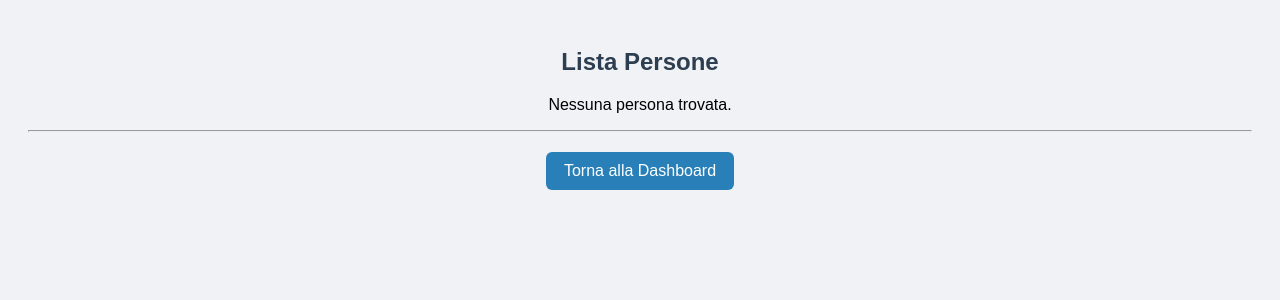
Repository: PcarloP/java_se
Page: http://localhost/anagraficaweb/update
An editor plug-in stored every save of this project. The page is shown before and after the next save, followed by the edit.
The browser window is 1280 px wide. The pictures show the whole page.
The page is served by Tomcat 10. Other server files are loaded and not shown. Queries for data that is not in the repository find no rows.

Above is the page before, as saved 2025-06-22 22:33:00.

### anagraficaweb/WebContent/updatesetter.jsp
<%@ page language="java" contentType="text/html; charset=UTF-8" import="java.util.List, it.promimpresa.anagrafica.modello.Persona" %>
<!DOCTYPE html>
<html lang="it">
<head>
    <meta charset="UTF-8" />
    <title>Aggiorna Persona</title>
    <style>
  .button-link {
    background-color: #2980b9;
    color: white;
    border: none;
    padding: 10px 18px;
    border-radius: 6px;
    cursor: pointer;
    font-size: 1em;
    transition: background-color 0.3s ease;
  }
  .button-link:hover {
    background-color: #1c5980;
  }
  .button-container {
    text-align: center;
    margin-top: 20px;
  }
</style>

    <style>
        body {
            font-family: Arial, sans-serif;
            background-color: #f0f2f5;
            padding: 20px;
        }
        h2 {
            text-align: center;
            color: #2c3e50;
        }
        table {
            margin: auto;
            width: 80%;
            border-collapse: collapse;
            background-color: #fff;
            box-shadow: 0 0 8px rgba(0,0,0,0.1);
        }
        th, td {
            padding: 12px;
            border: 1px solid #ddd;
            text-align: center;
        }
        th {
            background-color: #007bff;
            color: white;
        }
        a.button {
            padding: 6px 12px;
            background-color: #007bff;
            color: white;
            border-radius: 4px;
            text-decoration: none;
            cursor: pointer;
        }
        a.button:hover {
            background-color: #0056b3;
        }
        form.update-form {
            width: 80%;
            max-width: 600px;
            margin: 30px auto;
            background: white;
            padding: 20px;
            border-radius: 8px;
            box-shadow: 0 0 10px #aaa;
        }
        form.update-form label {
            display: block;
            margin-top: 10px;
            font-weight: bold;
        }
        form.update-form input[type="text"],
        form.update-form input[type="date"] {
            width: 100%;
            padding: 8px;
            margin-top: 5px;
            border: 1px solid #ccc;
            border-radius: 5px;
        }
        form.update-form button {
            margin-top: 20px;
            background-color: #28a745;
            border: none;
            padding: 10px 15px;
            color: white;
            font-weight: bold;
            border-radius: 5px;
            cursor: pointer;
        }
        form.update-form button:hover {
            background-color: #218838;
        }
    </style>
</head>
<body>

<h2>Lista Persone</h2>

<%
    List<Persona> persone = (List<Persona>) request.getAttribute("persone");
    Persona personaDaModificare = (Persona) request.getAttribute("persona");

    if (persone != null && !persone.isEmpty()) {
%>
<table>
    <thead>
        <tr>
            <th>ID</th>
            <th>Nome</th>
            <th>Cognome</th>
            <th>Codice Fiscale</th>
            <th>Data Nascita</th>
            <th>Modifica</th>
        </tr>
    </thead>
    <tbody>
    <% for (Persona p : persone) { %>
        <tr>
            <td><%= p.getId() %></td>
            <td><%= p.getNome() %></td>
            <td><%= p.getCognome() %></td>
            <td><%= p.getCF() %></td>
            <td><%= p.getDataNascita() != null ? p.getDataNascita().toLocalDate() : "" %></td>
            <td>
                <a class="button" href="<%=request.getContextPath()%>/update?id=<%= p.getId() %>">Modifica</a>
            </td>
        </tr>
    <% } %>
    </tbody>
</table>
<% } else { %>
    <p style="text-align:center;">Nessuna persona trovata.</p>
<% } %>

<% if (personaDaModificare != null) { %>
    <h2>Modifica Persona ID: <%= personaDaModificare.getId() %></h2>
    <form class="update-form" action="<%=request.getContextPath()%>/update" method="post">
        <input type="hidden" name="id" value="<%= personaDaModificare.getId() %>" />

        <label for="nome">Nome:</label>
        <input type="text" id="nome" name="nome" value="<%= personaDaModificare.getNome() %>" required />

        <label for="cognome">Cognome:</label>
        <input type="text" id="cognome" name="cognome" value="<%= personaDaModificare.getCognome() %>" required />

        <label for="cf">Codice Fiscale:</label>
        <input type="text" id="cf" name="cf" value="<%= personaDaModificare.getCF() %>" required />

        <label for="datanascita">Data di Nascita:</label>
        <input type="date" id="datanascita" name="dataNascita" value="<%= personaDaModificare.getDataNascita() != null ? personaDaModificare.getDataNascita().toLocalDate() : "" %>" />

        <button type="submit">Salva Modifiche</button>
    </form>
<% } %>


<hr>
<div class="button-container">
  <button type="button" class="button-link"
          onclick="window.location.href='<%=request.getContextPath()%>/dashboard.jsp'">
    Torna alla Dashboard
  </button>
</div>

</body>
</html>

### anagraficaweb/src/main/java/it/promimpresa/anagrafica/controllo/Update.java
package it.promimpresa.anagrafica.controllo;

import jakarta.servlet.ServletException;
import jakarta.servlet.annotation.WebServlet;
import jakarta.servlet.http.HttpServlet;
import jakarta.servlet.http.HttpServletRequest;
import jakarta.servlet.http.HttpServletResponse;
import java.io.IOException;
import java.time.LocalDate;
import java.time.LocalDateTime;
import java.time.format.DateTimeParseException;
import java.util.List;

import it.promimpresa.anagrafica.modello.Persona;
import it.promimpresa.anagrafica.persistenza.DAOException;
import it.promimpresa.anagrafica.persistenza.persistenza.impl.PersonaDAOImpl;

/**
 * Servlet implementation class Update
 */
@WebServlet("/update")
public class Update extends HttpServlet {
	private static final long serialVersionUID = 1L;
	private static PersonaDAOImpl personaDAO = new PersonaDAOImpl();

    /**
     * @see HttpServlet#HttpServlet()
     */
    public Update() {
        super();
        // TODO Auto-generated constructor stub
    }

	/**
	 * @see HttpServlet#doGet(HttpServletRequest request, HttpServletResponse response)
	 */
	protected void doGet(HttpServletRequest request, HttpServletResponse response) throws ServletException, IOException {

		String idParam = request.getParameter("id");
		 try {
	            if (idParam == null) {
	                // Nessun ID: mostra l'elenco delle persone da modificare
	                List<Persona> persone = personaDAO.findAll();
	                request.setAttribute("persone", persone);
	                request.getRequestDispatcher("/updatesetter.jsp").forward(request, response);
	            } else {
	                // Con ID: carica la persona specifica e mostra la pagina con form di modifica
	                int id = Integer.parseInt(idParam);
	                Persona persona = personaDAO.findById(id);

	                if (persona != null) {
	                    request.setAttribute("persone", personaDAO.findAll()); // per mostrare sempre la lista
	                    request.setAttribute("persona", persona);
	                    request.getRequestDispatcher("/updatesetter.jsp").forward(request, response);
	                } else {
	                    request.setAttribute("messaggio", "Persona con ID " + id + " non trovata.");
	                    request.setAttribute("persone", personaDAO.findAll());
	                    request.getRequestDispatcher("/updatesetter.jsp").forward(request, response);
	                }
	            }
	        } catch (DAOException | NumberFormatException e) {
	            request.setAttribute("messaggio", "Errore durante il caricamento dei dati.");
	            request.getRequestDispatcher("/dashboard.jsp").forward(request, response);
	        }
		}








	/**
	 * @see HttpServlet#doPost(HttpServletRequest request, HttpServletResponse response)
	 */
	protected void doPost(HttpServletRequest request, HttpServletResponse response) throws ServletException, IOException {

		 try {
	            String idParam = request.getParameter("id");
	            String nome = request.getParameter("nome");
	            String cognome = request.getParameter("cognome");
	            String cf = request.getParameter("cf");
	            String dataNascitaParam = request.getParameter("dataNascita");

	            if (idParam == null || idParam.isEmpty()) {
	                request.setAttribute("messaggio", "ID persona mancante per l'aggiornamento.");
	                doGet(request, response);
	                return;
	            }

	            int id = Integer.parseInt(idParam);
	            Persona persona = personaDAO.findById(id);

	            if (persona == null) {
	                request.setAttribute("messaggio", "Persona con ID " + id + " non trovata.");
	                doGet(request, response);
	                return;
	            }

	            // Aggiorna i dati
	            persona.setNome(nome);
	            persona.setCognome(cognome);
	            persona.setCF(cf);

	            if (dataNascitaParam != null && !dataNascitaParam.isEmpty()) {
	                try {
	                    LocalDate dataNascita = LocalDate.parse(dataNascitaParam);
	                    persona.setDataNascita(dataNascita.atStartOfDay());
	                } catch (DateTimeParseException e) {
	                    request.setAttribute("messaggio", "Data di nascita non valida, ignorata.");
	                }
	            } else {
	                persona.setDataNascita(null);
	            }

	            // Aggiorna nel DB
	            personaDAO.update(persona);

	            request.setAttribute("messaggio", "Persona aggiornata con successo!");
	        } catch (DAOException | NumberFormatException e) {
	            request.setAttribute("messaggio", "Errore durante l'aggiornamento.");
	        }

	        // Dopo l’aggiornamento ricarica la lista senza form di modifica
	        try {
	            List<Persona> persone = personaDAO.findAll();
	            request.setAttribute("persone", persone);
	        } catch (DAOException e) {
	            request.setAttribute("messaggio", "Errore nel caricamento della lista dopo aggiornamento.");
	        }
	        request.getRequestDispatcher("/updatesetter.jsp").forward(request, response);
	    }
}

### anagraficaweb/src/main/java/it/promimpresa/anagrafica/persistenza/DataSource.java
package it.promimpresa.anagrafica.persistenza;

import java.sql.DriverManager;
import java.sql.SQLException;

import com.sun.jdi.connect.spi.Connection;

public class DataSource {

	private static final String URL = "jdbc:mysql://localhost:3306/anagrafica_db";
	private static final String USER = "root";
	private static final String PASSWORD = "";
	private static final String DRIVER = "com.mysql.cj.jdbc.Driver";

	static {
		try {
			Class.forName(DRIVER);
		} catch (ClassNotFoundException e) {
			System.out.println(e.getMessage());
		}
	}

	public static java.sql.Connection getConnection() throws SQLException {
		return DriverManager.getConnection(URL, USER, PASSWORD);
	}
}

### anagraficaweb/src/main/java/it/promimpresa/anagrafica/persistenza/DBUtil.java
package it.promimpresa.anagrafica.persistenza;

import java.sql.*;

public class DBUtil {

	private DBUtil() {
	}

	public static void close(ResultSet rs) {
		try {
			if (rs != null) {
				rs.close();
			}
		} catch (SQLException e) {
			System.out.println(e.getMessage());
		}
	}

	public static void close(PreparedStatement statement) {
		try {
			if (statement != null) {
				statement.close();
			}
		} catch (SQLException e) {
			System.out.println(e.getMessage());
		}
	}

	public static void close(Connection connection) {
		try {
			if (connection != null) {
				connection.close();
			}
		} catch (SQLException e) {
			System.out.println(e.getMessage());
		}
	}

}

After the next save:
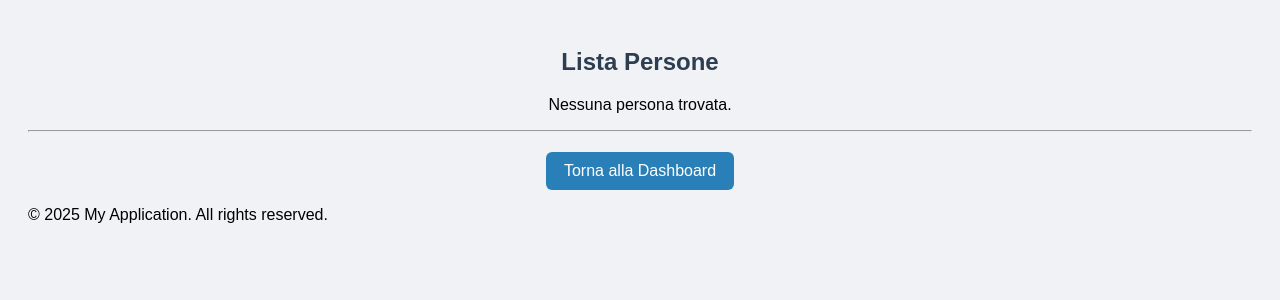
Saved 80 s later.
--- a/anagraficaweb/WebContent/updatesetter.jsp
+++ b/anagraficaweb/WebContent/updatesetter.jsp
@@ -161,12 +161,15 @@
 
 
 <hr>
+
 <div class="button-container">
   <button type="button" class="button-link"
           onclick="window.location.href='<%=request.getContextPath()%>/dashboard.jsp'">
     Torna alla Dashboard
   </button>
 </div>
-
+<footer>
+	<p>&copy; 2025 My Application. All rights reserved.</p>
+</footer>
 </body>
 </html>
